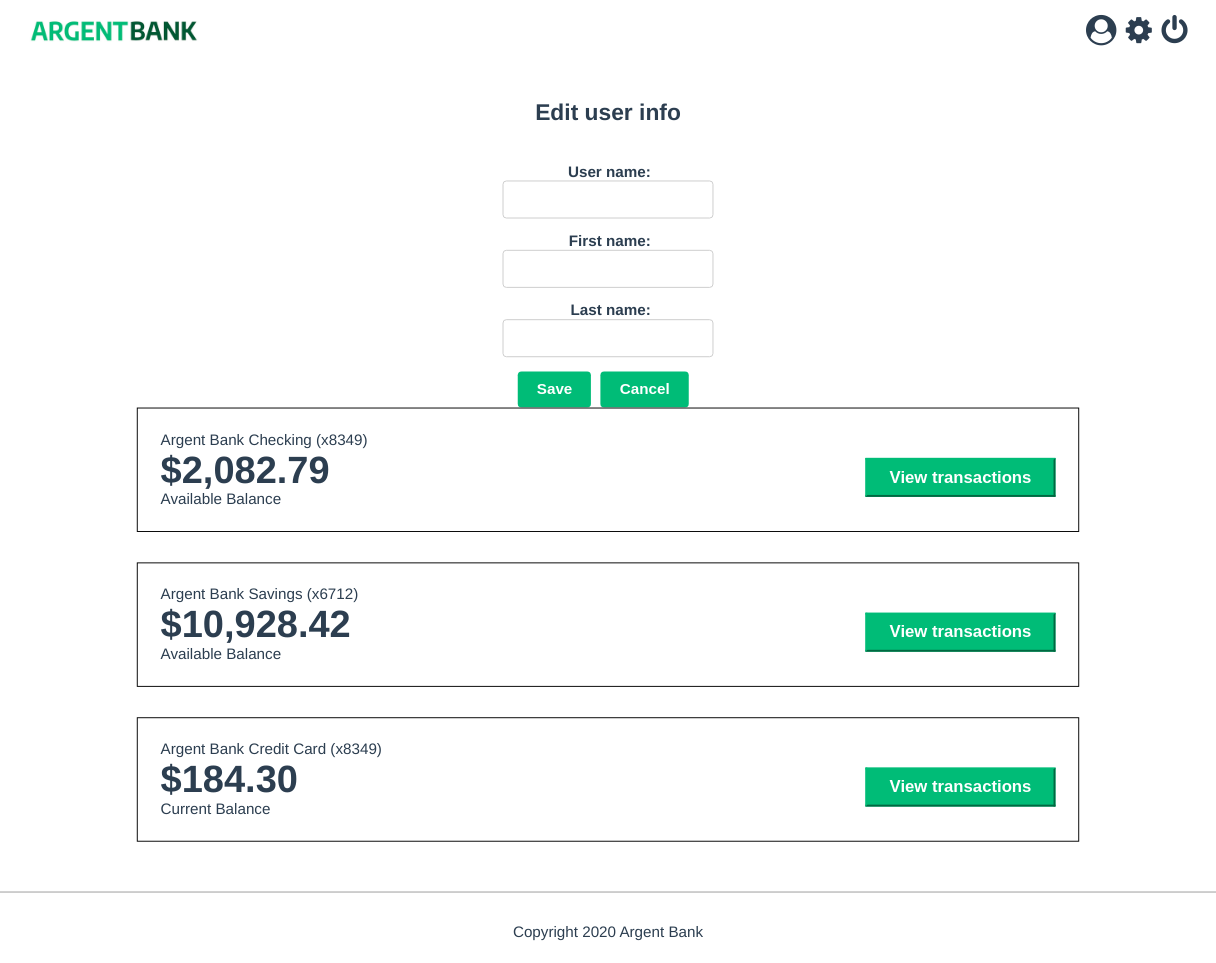
Repository: Dimple3377/ArgentBank-website
Page: /edit-user (app in banking-app/)
The author's editor kept a copy of each file at every save. The page is drawn from the files as they stood at one save, then again after the next save.
The browser window is 1280 px wide. The pictures show the whole page, at 95% of full size.
The project was rebuilt for these pictures with package versions that can differ from the ones it lists, and the page was loaded fresh each time. Also part of the build but not shown: banking-app/src/components/Hero.jsx, banking-app/src/components/Feature.jsx, banking-app/src/pages/HomePage.jsx, banking-app/src/components/LoginForm.jsx, banking-app/src/pages/SignInPage.jsx, banking-app/src/pages/UserPage.jsx.

Above is the page before, as saved 2024-05-26 19:49:51.

After the next save:
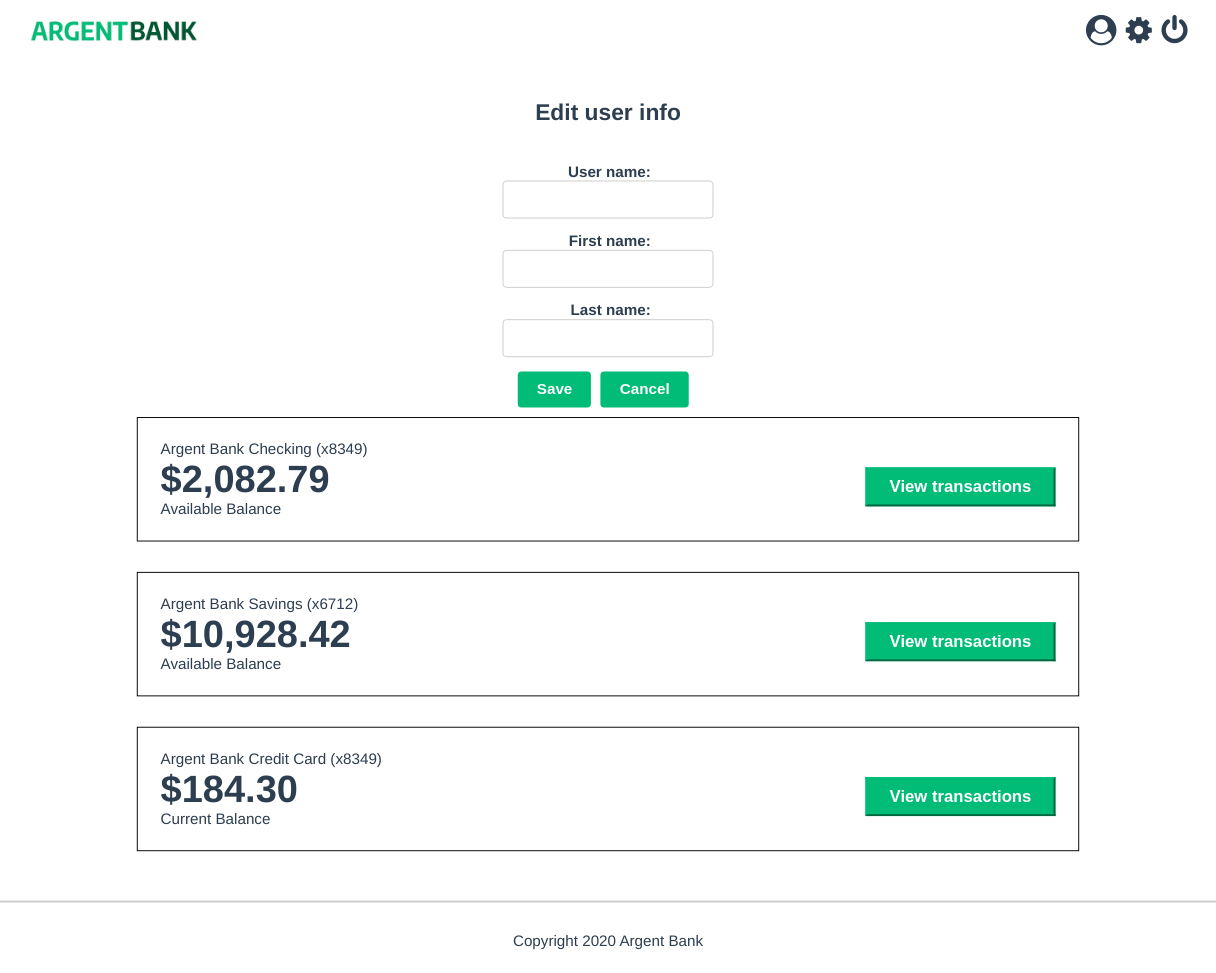
Saved 9 s later.
--- a/banking-app/src/pages/EditUserPage.css
+++ b/banking-app/src/pages/EditUserPage.css
@@ -3,11 +3,14 @@
   font-size: 2em;
   margin-right: 10px;
 }
-
+.main-nav .username {
+  margin-right: 10px; /* Espace entre le nom d'utilisateur et les icônes */
+  font-size: 18px;
+}
 /* Ajouter de l'espace entre les boutons */
 .edit-button {
   margin-right: 10px;
-  margin-bottom: ;
+  margin-bottom: 10px;
 }
 
 .edit-user-main {
